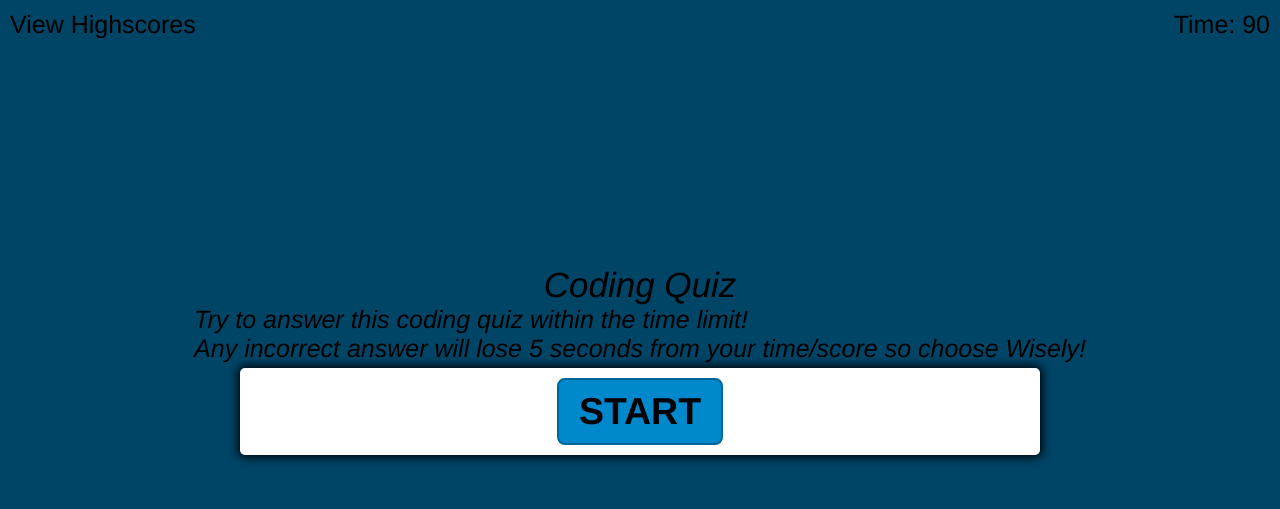
Repository: Vshepard879/Code-Quiz
Page: index.html
An editor plug-in stored every save of this project. The page is shown before and after the next save, followed by the edit.
The browser window is 1280 px wide. The pictures show the whole page.

Above is the page before, as saved 2022-03-20 03:38:39.

### index.html
<!DOCTYPE html>
<html lang="en">
<head>
    <meta charset="UTF-8">
    <meta http-equiv="X-UA-Compatible" content="IE=edge">
    <meta name="viewport" content="width=device-width, initial-scale=1.0">
    <link href="./assets/css/style.css" link rel="stylesheet">
    <script defer src="./assets/js/script.js"></script>
    <script defer src="./assets/js/questions.js"></script>
    <title>Quiz App</title>
</head>

<body>
    <header>Coding Quiz
<br>
        <a>
            Try to answer this coding quiz within the time limit!
            <br>
            Any incorrect answer will lose 5 seconds from your time/score so choose Wisely!
        </a>
    </header>
    <div class ="scores"><a href="score.html">View Highscores</a></div>

    <div class="timer">Time: <span id="time">90</span></div>

    <!--Start Quiz Container-->
    <div class="container">
        <div id="question-container" class="hide">
                <div id="question">Question</div>
                <div id="answer-buttons" class="btn-grid">
                <button class="btn">Answer 1</button>
                <button class="btn">Answer 2</button>
                <button class="btn">Answer 3</button>
                <button class="btn">Answer 4</button>
            </div>
        </div>
        <div class="controls counts">
            <button id="start-btn" class="start-btn btn">START</button>
        </div>

        <div id="end-screen" class="hide">
            <h2>All done!</h2>
            <p>Your final score is <span id="final-score"></span>.</p>
            <p>
              Enter initials: <input type="text" id="initials-input-field" max="3" />
              <button id="submit-btn">Submit</button>
            </p>
          </div>



    </div>
</body>
</html>

### assets/css/style.css
*, *::before, *::after {
    box-sizing: border-box;
    font-family: 'Franklin Gothic Medium', 'Arial Narrow', Arial, sans-serif;
    font-size: 25px;
}

:root {
    --hue-neutral: 200;


}

header {
    font-style: italic;
    font-size: 35px;
    display: flex;
    flex-direction: column;
    position: relative;
    align-items:center;
    padding-bottom: 5px;
}



body{
    --hue: var(--hue-neutral);
    padding: 0;
    margin: 0;
    display: flex;
    flex-direction: column;
    width: 100vw;
    height: 100vh;
    justify-content:center;
    align-items:center;
    background-color:hsl(var(--hue), 100%, 20%);
}

.hide {
    display: none;
  }
.scores {
    position: absolute;
    top: 10px;
    left: 10px;
  }

  .timer {
    position: absolute;
    top: 10px;
    right: 10px;}

    a {
        color: black;
        text-decoration: none;
        transition: color 0.1s;
      }

      a:hover {
        color: #70707a;}


 .container {
    width: 800px;
    max-width: 70%;
    background-color: white;
    border-radius: 5px;
    padding: 10px;
    box-shadow: 0 0 10px 2px;
}

.hide {
    display: none;
  }

  .start {
    text-align: center;
  }

  .scores {
    position: absolute;
    top: 10px;
    left: 10px;
    color:aliceblue;
  }



  .timer {
    position: absolute;
    top: 10px;
    right: 10px;
  }

  a {
    color: black;
    text-decoration: none;
    transition: color 0.1s;
  }
.btn-grid {
    display: grid;
    grid-template-columns: repeat(2, auto);
    gap: 15px;
    margin: 20px 0;
}


.btn {
    --hue: var(--hue-neutral);
    border: 2px solid hsl(var(--hue),100%, 30%);
    background-color: hsl(var(--hue), 100%, 40%);
    border-radius: 8px;
    padding: 5px 10px;
    color: black;
    outline: none;
}

.btn:hover {
    border-color: black;
}


.start-btn {
    font-size: 1.5rem;
    font-weight: bold;
    padding: 10px 20px;
}

.controls {
    display: flex;
    justify-content: center;
    align-items: center;
    gap: 5px;
}

.hide {
    display: none;
}

### assets/js/script.js
const startButton = document.getElementById('start-btn');
const questionContainerElement = document.getElementById('question-container');
const questionElement = document.getElementById( 'question');
const answerButtonsElement = document.getElementById('answer-buttons');
var timerEl = document.getElementById('time');
const submitButton = document.getElementById('submit-btn')
const endScreen = document.getElementById('end-screen')
var shuffledQuestions, currentQuestionIndex, currentScore
var timer
var timeRemaining = 90
var initialsInputFieldEl =  document.getElementById('initials-input-field')

startButton.addEventListener('click', startQuiz)
submitButton.addEventListener('click', submitScore)
// function that starts the Quiz

function startQuiz() {
    if (!endScreen.classList.contains('hide')) {
        endScreen.classList.add('hide')
    }


    startButton.classList.add("hide")
    // randomizes question order
    shuffledQuestions = questions.sort(() => Math.random() - .5)
    currentQuestionIndex = 0
    currentScore = 0
    questionContainerElement.classList.remove("hide")
    setNextQuestion()
    startTimer()

}

function startTimer() {
    timeRemaining = 90
    timer = setInterval(updateRemainingTime, 1000)
}

function updateRemainingTime() {
    timeRemaining--
    timerEl.textContent = timeRemaining
    if (timeRemaining <= 0){
        endQuiz()
    }

}

function setNextQuestion() {
    resetState()
    showQuestion(shuffledQuestions[currentQuestionIndex])
    }
function showQuestion(question) {
    questionElement.innerText =question.question
    question.answers.forEach(answer => {
        const button = document.createElement('button')
        button.innerText = answer.text
        button.classList.add('btn')
      if   (answer.correct) {
          button.dataset.correct = answer.correct
      }
      button.addEventListener('click', selectAnswer)
      answerButtonsElement.appendChild(button)
    })
}

function endQuiz() {
    submitButton.classList.remove('hide')
    startButton.innerText = 'Restart'
    startButton.classList.remove('hide')
    questionContainerElement.classList.add('hide')
    endScreen.classList.remove('hide')
    clearInterval(timer)
    var finalScore = document.getElementById('final-score')
    finalScore.textContent = timeRemaining
}

function submitScore() {
    var initials = initialsInputFieldEl.value.trim();
    console.log(initials)
    var newScore = {
        initials: initials,
        score: timeRemaining,
    }

    // get saved scores from local storage, or if not any, set to empty array
    var highScores = JSON.parse(window.localStorage.getItem("highScores")) || [];

    highScores.push(newScore)
    window.localStorage.setItem("highScores", JSON.stringify(highScores));

    submitButton.classList.add('hide')
}
// this function is used to reset each question
function resetState() {
    while (answerButtonsElement.firstChild) {
        answerButtonsElement.removeChild
        (answerButtonsElement.firstChild)
    }
}

function selectAnswer(v) {
    const selectedButton = v.target
    const correct = selectedButton.dataset.correct
    currentQuestionIndex++

    if (correct) {
        console.log("correct!")
    } else {
        // decrease time
        timeRemaining = timeRemaining - 5
        timerEl.textContent = timeRemaining
        if(timeRemaining <= 0){
            endQuiz();
        }
    }

    if (shuffledQuestions.length - 1 < currentQuestionIndex ) {
        endQuiz();
    } else {

        setNextQuestion()
    }
}

### assets/js/questions.js
// the arrays of questions and answers
const questions = [
    {
        question: 'Which of these is not one of the 3 Initial coding languages?',
        answers: [
            { text:'Python', correct: true},
            { text:'HTML', correct: false},
            { text:'CSS', correct: false},
            { text:'JavaScript', correct: false},
        ]
    },
    {
        question: 'What does the C in CSS stand for?',
        answers: [
            { text:'Chocolate', correct: false},
            { text:'Corporate', correct: false},
            { text:'Cascading', correct: true},
            { text:'Computer', correct: false},
        ]
    },
    {
        question: 'Arrays in Javascript can be used to store?',
        answers: [
            { text:'Numbers and Strings', correct: false},
            { text:'Booleans', correct: false},
            { text:'Other Arrays', correct: false},
            { text:'All of the above', correct: true},
        ]
    },
    {
        question: 'The condition in an if/else statement are store in?',
        answers: [
            { text:'Parenthesis', correct: true},
            { text:'curly brackets', correct: false},
            { text:'brackets', correct: false},
            { text:'commas', correct: false},
        ]},
        {
            question: 'A very useful tool during the development and debugging stage used to print to the debugger is?',
            answers: [
                { text:'Array', correct: false},
                { text:'.dataset', correct: false},
                { text:'console.log', correct: true},
                { text:'=>', correct: false},
            ]},
            {
                question: 'Commonly used data types do not include?',
                answers: [
                    { text:'Booleans', correct: false},
                    { text:'Strings', correct: false},
                    { text:'Numbers', correct: false},
                    { text:'Alerts', correct: true},
                ]},
            ]

After the next save:
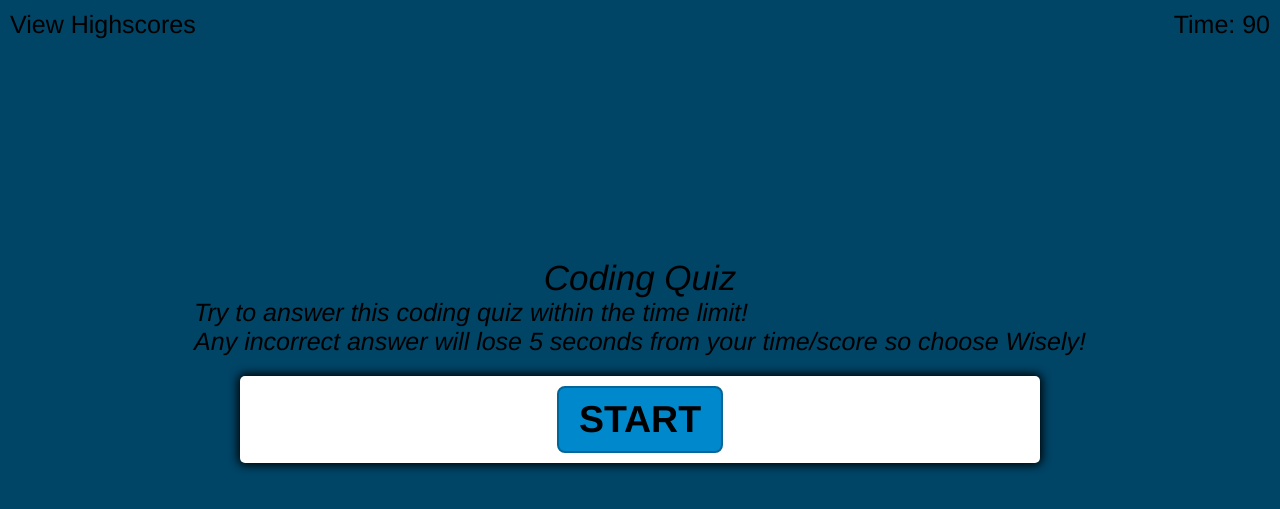
Saved 7 s later.
--- a/assets/css/style.css
+++ b/assets/css/style.css
@@ -17,7 +17,7 @@ header {
     flex-direction: column;
     position: relative;
     align-items:center;
-    padding-bottom: 5px;
+    padding-bottom: 20px;
 }
 
 
